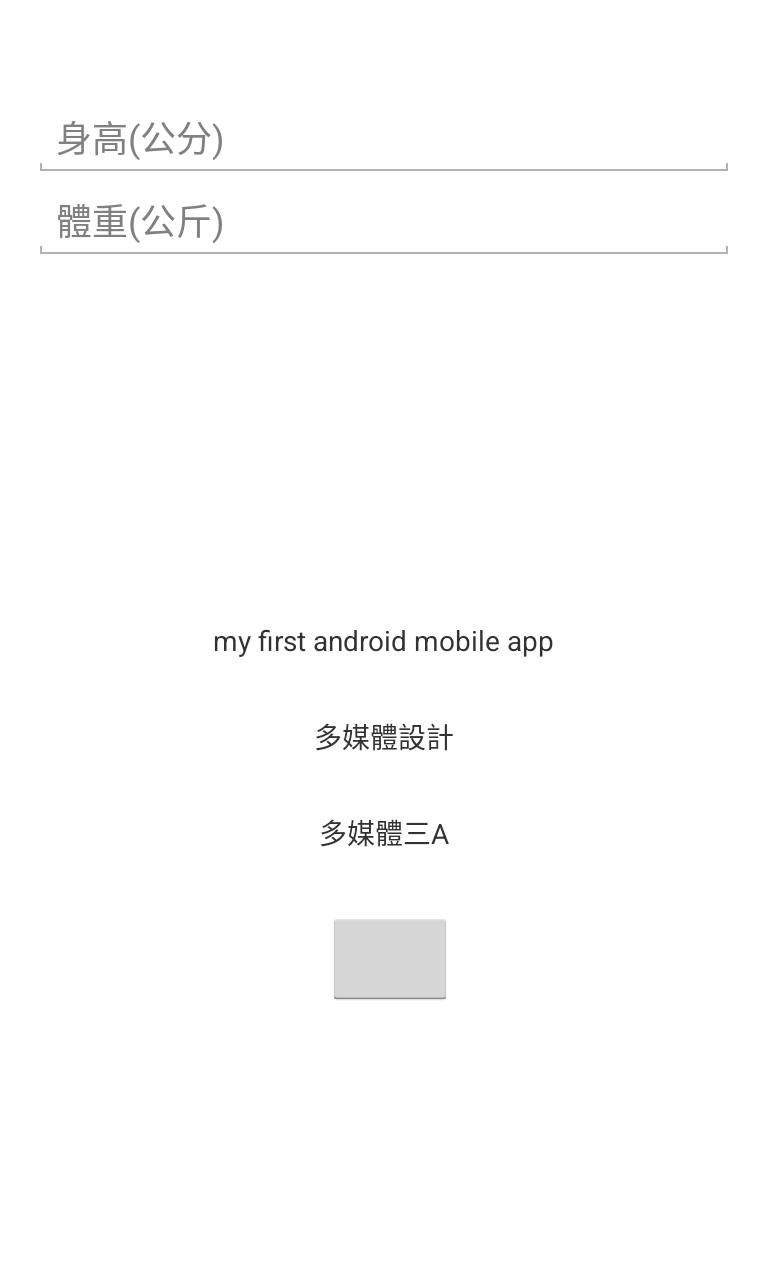
Repository: ericluo1123/myAndroidCode
Layout: myAndroidProject/res/layout/activity_main.xml
These files come from the project's save history. The layout is drawn as it stood at one moment and after the next save; the edit follows.
It is drawn on a 768 x 1280 px phone screen (xhdpi) without system bars, with theme AppTheme; the app's code is not run.

Above is the layout before, as saved 2014-09-26 05:41:40.

### myAndroidProject/res/layout/activity_main.xml
<RelativeLayout xmlns:android="http://schemas.android.com/apk/res/android"
    xmlns:tools="http://schemas.android.com/tools"
    android:layout_width="match_parent"
    android:layout_height="match_parent"
    android:paddingBottom="@dimen/activity_vertical_margin"
    android:paddingLeft="@dimen/activity_horizontal_margin"
    android:paddingRight="@dimen/activity_horizontal_margin"
    android:paddingTop="@dimen/activity_vertical_margin"
    tools:context="com.example.myandroidproject.MainActivity" >

    <TextView
        android:id="@+id/textView2"
        android:layout_width="wrap_content"
        android:layout_height="wrap_content"
        android:layout_centerHorizontal="true"
        android:layout_centerVertical="true"
        android:text="@string/hello_world" />

    <TextView
        android:id="@+id/textView1"
        android:layout_width="wrap_content"
        android:layout_height="wrap_content"
        android:layout_below="@+id/textView2"
        android:layout_centerHorizontal="true"
        android:layout_marginTop="28dp"
        android:text="多媒體設計" />

    <TextView
        android:id="@+id/textView3"
        android:layout_width="wrap_content"
        android:layout_height="wrap_content"
        android:layout_below="@+id/textView1"
        android:layout_centerHorizontal="true"
        android:layout_marginTop="27dp"
        android:text="@string/Text" />

    <Button
        android:id="@+id/button1"
        android:layout_width="wrap_content"
        android:layout_height="wrap_content"
        android:layout_alignRight="@+id/textView1"
        android:layout_below="@+id/textView3"
        android:layout_marginTop="29dp" />

    <EditText
        android:id="@+id/editText1"
        android:layout_width="match_parent"
        android:layout_height="wrap_content"
        android:layout_alignParentTop="true"
        android:layout_centerHorizontal="true"
        android:layout_marginTop="32dp"
        android:ems="10"
        android:hint="身高(公分)" />

    <EditText
        android:id="@+id/EditText01"
        android:layout_width="match_parent"
        android:layout_height="wrap_content"
        android:layout_alignLeft="@+id/editText1"
        android:layout_below="@+id/editText1"
        android:ems="10"
        android:hint="體重(公斤)" />

</RelativeLayout>

### myAndroidProject/res/values/strings.xml
<?xml version="1.0" encoding="utf-8"?>
<resources>

    <string name="app_name">myAndroidProject</string>
    <string name="hello_world">my first android mobile app</string>
    <string name="action_settings">Settings</string>
    <string name="Text">多媒體三A</string>
    <string name="test">123</string>

</resources>

Loaded but not shown: myAndroidProject/res/values/styles.xml (common file); myAndroidProject/res/values-v11/styles.xml (common file); myAndroidProject/res/values-v14/styles.xml (common file); myAndroidProject/res/values/dimens.xml (common file); myAndroidProject/res/values-w820dp/dimens.xml (common file)

After the next save:
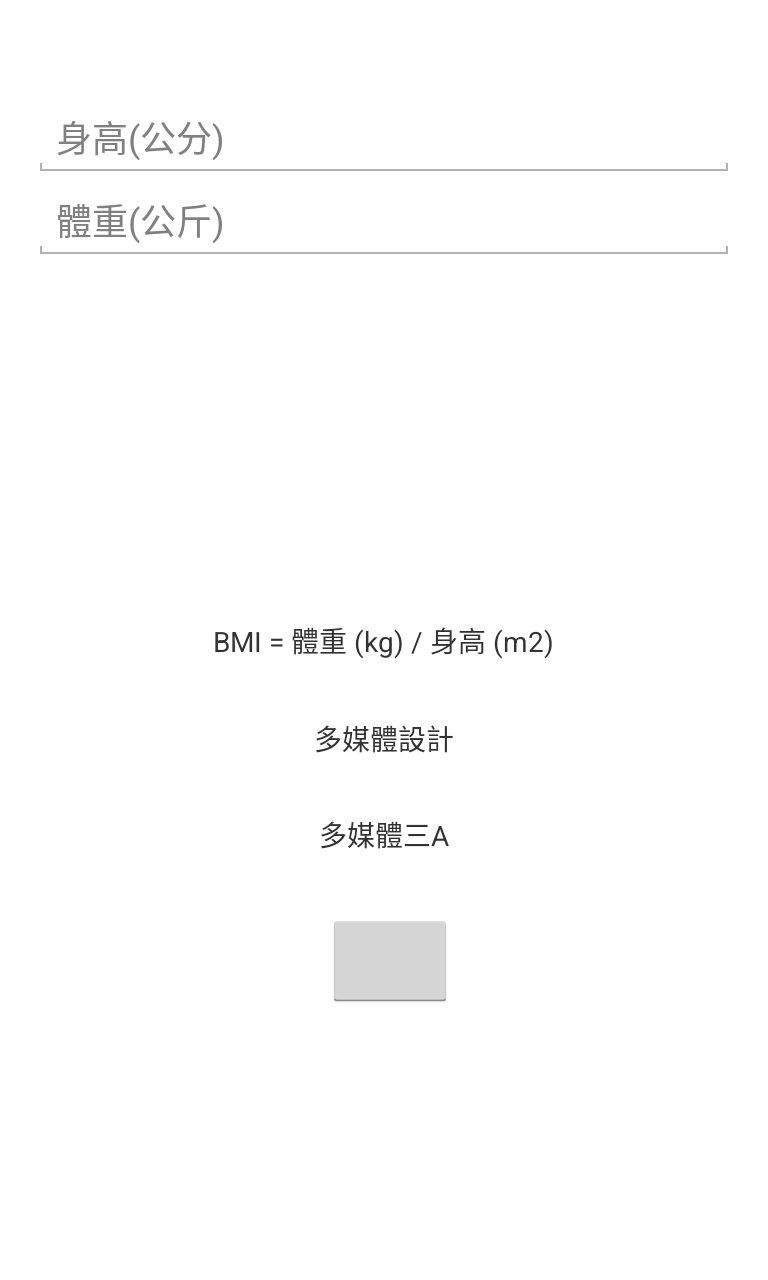
Saved 61 s later.
--- a/myAndroidProject/res/layout/activity_main.xml
+++ b/myAndroidProject/res/layout/activity_main.xml
@@ -14,7 +14,7 @@
         android:layout_height="wrap_content"
         android:layout_centerHorizontal="true"
         android:layout_centerVertical="true"
-        android:text="@string/hello_world" />
+        android:text="BMI = 體重 (kg) / 身高 (m2)" />
 
     <TextView
         android:id="@+id/textView1"
